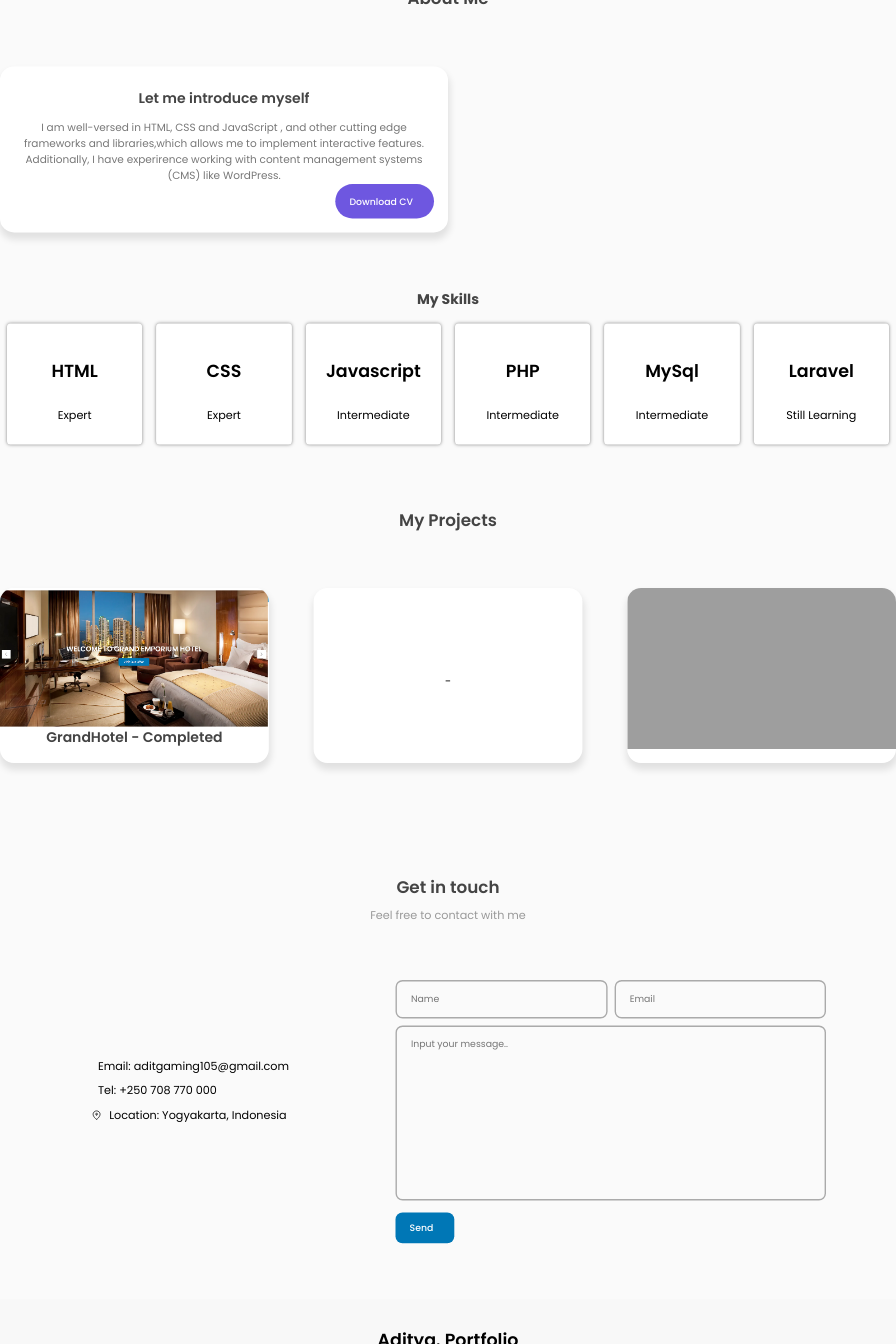
Repository: 4Kbrain/Portofolio
Page: index.html
These files come from the project's save history. The page is drawn as it stood at one moment and after the next save; the edit follows.
The browser window is 1280 px wide. The pictures show the part of the page from y = 820 to 2740 px (the page is 3000 px tall), at 70% of full size.
Pictures or frames that could not be fetched are drawn as grey boxes. Some icons come from a web library that is not loaded, so they are not drawn.

Above is the page before, as saved 2024-05-15 17:47:13.
Console error: ReferenceError: ScrollReveal is not defined

### index.html
<!DOCTYPE html>
<html lang="en">

<head>
    <meta charset="UTF-8">
    <meta name="viewport" content="width=device-width, initial-scale=1.0">
    <link rel="stylesheet" href="https://unicons.iconscout.com/release/v4.0.8/css/line.css">
    <link rel="stylesheet" href="assets/css/style.css">
    <link rel="shortcut icon" href="assets/img/favicon.png" type="image/x-icon">

    <title>Portfolio | Aditya</title>
</head>

<body>

    <div class="container">
        <!-- header -->
        <nav id="header">
            <div class="nav-logo">
                <a href="#home">
                    <p class="nav-name">Aditya</p>
                    <span>.</span>
                </a>
            </div>
            <div class="nav-menu" id="myNavMenu">
                <ul class="nav_menu_list">
                    <li class="nav_list">
                        <a href="#home" class="nav-link active-link">Home</a>
                        <div class="circle"></div>
                    </li>
                    <li class="nav_list">
                        <a href="#about" class="nav-link">About</a>
                        <div class="circle"></div>
                    </li>
                    <li class="nav_list">
                        <a href="#projects" class="nav-link">Projects</a>
                        <div class="circle"></div>
                    </li>
                    <li class="nav_list">
                        <a href="#contact" class="nav-link">Contact</a>
                        <div class="circle"></div>
                    </li>
                </ul>
            </div>
            <div class="nav-button">
                <a id="downloadCVButton" href="assets/CV/Aditya%20CV.pdf" download="CV.pdf" class="btn">Download CV <i
                        class="uil uil-file-alt"></i></a>
            </div>
            <div class="nav-menu-btn">
                <i class="uil uil-bars" onclick="myMenuFunction()"></i>
            </div>
        </nav>

        <!-- -------------- MAIN ---------------- -->
        <main class="wrapper">
            <!-- -------------- FEATURED BOX ---------------- -->
            <section class="featured-box" id="home">
                <div class="featured-text">
                    <div class="featured-text-card">
                        <span>Aditya Dwi Nugroho</span>
                    </div>
                    <div class="featured-name">
                        <p>I'm <span class="typedText"></span></p>
                    </div>
                    <div class="featured-text-info">
                        <p>I'm a beginner web developer with a passion for creating fully responsive websites. I'm eager to learn and grow in both front-end and back-end development.
                        </p>
                    </div>
                    <div class="featured-text-btn">
                        <button class="btn blue-btn">Contact Me</button>
                        <a id="downloadCVButton" href="assets/CV/Aditya%20CV.pdf" download="CV.pdf" class="btn">Download CV <i class="uil uil-file-alt"></i></a>

                    </div>
                    <div class="social_icons">
                        <div class="icon"><a href="https://www.instagram.com/allen.adityadn/"><i class="uil uil-instagram"></i></a></div>
                        <div class="icon"><a href="https://wa.me/0895339926715"><i class="uil uil-whatsapp"></i></a></div>
                        <div class="icon"><a href="https://github.com/4Kbrain"><i class="uil uil-github-alt"></i></a></div>

                    </div>
                </div>
                <div class="featured-image">
                    <div class="image">
                        <img src="assets/img/avatar.png" alt="avatar">
                    </div>
                </div>

    </div>

    </section>
    <!-- -------------- ABOUT BOX ---------------- -->
    <section class="section" id="about">
        <div class="top-header">
            <h1>About Me</h1>
        </div>
        <div class="row">
            <div class="col">
                <div class="about-info">
                    <h3>Let me introduce myself</h3>
                    <p>I am well-versed in HTML, CSS and JavaScript , and other cutting edge
                        frameworks and libraries,which allows me to implement interactive features.
                        Additionally, I have experirence working with content management systems (CMS) like
                        WordPress.
                    </p>
                    <div class="about-btn">
                        <a href="assets/CV/Aditya%20CV.pdf" download>
                            <button class="btn">Download CV <i class="uil uil-import"></i></button>
                          </a>

                    </div>
                </div>
            </div>
        </div>
    </section>

    <!-- Skills -->
<section class="skills" id="skills">

    <div class="skill" id="skill">
        <h1>My Skills</h1>
        <div class="content">
          <div class="flex">
            <div class="kotak" data-aos="flip-down" data-aos-delay="500">
              <div class="logo">
                <i class="fa-brands fa-html5"></i>
              </div>
              <div class="nama">HTML</div>
              <div class="ukuran">Expert</div>
            </div>
            <div class="kotak" data-aos="flip-right" data-aos-delay="500">
              <div class="logo">
                <i class="fa-brands fa-css3"></i>
              </div>
              <div class="nama">CSS</div>
              <div class="ukuran">Expert</div>
            </div>
            <div class="kotak" data-aos="flip-left" data-aos-delay="500">
              <div class="logo">
                <i class="fa-brands fa-js"></i>
              </div>
              <div class="nama">Javascript</div>
              <div class="ukuran">Intermediate</div>
            </div>
            <div class="kotak" data-aos="flip-up" data-aos-delay="500">
              <div class="logo">
                <i class="fa-brands fa-php"></i>
              </div>
              <div class="nama">PHP</div>
              <div class="ukuran">Intermediate</div>
            </div>
            <div class="kotak" data-aos="fade-up" data-aos-delay="500">
              <div class="logo">
                <i class="fa-solid fa-database"></i>
              </div>
              <div class="nama">MySql</div>
              <div class="ukuran">Intermediate</div>
            </div>
            <div class="kotak" data-aos="flip-down" data-aos-delay="500">
              <div class="logo">
                <i class="fa-brands fa-laravel"></i>
              </div>
              <div class="nama">Laravel</div>
              <div class="ukuran">Still Learning</div>
            </div>
          </div>
        </div>
      </div>

</section>



    <!-- -------------- PROJECT BOX ---------------- -->

    <section class="section" id="projects">
        <div class="top-header">
            <h1>My Projects</h1>
        </div>
        <div class="project-container">
            <div class="project-box">
                <a href=""></a>
                <img src="assets/img/GrandHotel.png" alt="Grand Hotel Project" class="project-image">
                <h3>GrandHotel - Completed</h3>
                <label class="clear">-</label>
            </div>
            <div class="project-box">
                <a href=""></a>
                <h3></h3>
                <label> - </label>
            </div>
            <div class="project-box">
                <img src="path/to/your/image3.jpg" alt="3" class="project-image">
                <h3></h3>
                <label> - </label>
            </div>
        </div>
    </section>



  <!-- Contact me  -->

    <section class="section" id="contact">
        <div class="top-header">
            <h1>Get in touch</h1>
            <span>Feel free to contact with me</span>
        </div>
        <div class="row">
            <div class="col">
                <div class="contact-info">
                    <p><i class="uil uil-envelope"></i> Email: aditgaming105@gmail.com</p>
                    <p><i class="uil uil-phone"></i> Tel: +250 708 770 000</p>
                    <p><svg xmlns="http://www.w3.org/2000/svg" width="1em" height="1em" viewBox="0 0 24 24"><g fill="none" stroke="currentColor" stroke-linecap="round" stroke-linejoin="round" stroke-width="1.5"><path d="M12.56 20.82a.964.964 0 0 1-1.12 0C6.611 17.378 1.486 10.298 6.667 5.182A7.592 7.592 0 0 1 12 3c2 0 3.919.785 5.333 2.181c5.181 5.116.056 12.196-4.773 15.64"/><path d="M12 12a2 2 0 1 0 0-4a2 2 0 0 0 0 4"/></g></svg>Location: Yogyakarta, Indonesia</p>
                </div>
            </div>
            <div class="col">
                <div class="form-control">
                    <div class="form-inputs">
                        <input type="text" class="input-field" placeholder="Name">
                        <input type="text" class="input-field" placeholder="Email">
                    </div>
                    <div class="text-area">
                        <textarea placeholder="Input your message.."></textarea>
                    </div>
                    <div class="form-button">
                        <button class="btn">Send <i class="uil uil-message"></i></button>
                    </div>
                </div>
            </div>
        </div>
    </section>

    </main>

    <!-- Footer -->
    <footer>
        <div class="top-footer">
            <p>Aditya. Portfolio</p>
        </div>
        <div class="middle-footer">
            <ul class="footer-menu">
                <li class="footer_menu_list">
                    <a href="#home">Home</a>
                </li>
                <li class="footer_menu_list">
                    <a href="#about">About</a>
                </li>
                <li class="footer_menu_list">
                    <a href="#projects">Projects</a>
                </li>
                <li class="footer_menu_list">
                    <a href="#contact">Contact</a>
                </li>
            </ul>
        </div>
        <div class="footer-social-icons">
            <div class="icon"><a href="https://www.instagram.com/allen.adityadn/"><i class="uil uil-instagram"></i></a></div>
            <div class="icon"><a href="https://wa.me/0895339926715"><i class="uil uil-whatsapp"></i></a></div>
            <div class="icon"><a href="https://github.com/4Kbrain"><i class="uil uil-github-alt"></i></a></div>
        </div>
        <div class="bottom-footer">
            <p>Copyright &copy; <a href="https://www.instagram.com/allen.adityadn/" style="text-decoration: none;">@allen.adityadn</a> - All rights reserved</p>
        </div>
    </footer>

    </div>

    <script src="https://unpkg.com/typed.js@2.0.16/dist/typed.umd.js"></script>
    <script src="assets/js/script.js"></script>
</body>

</html>

Loaded but not shown: assets/js/script.js (126 lines, source omitted); assets/css/style.css (741 lines, source omitted)

After the next save:
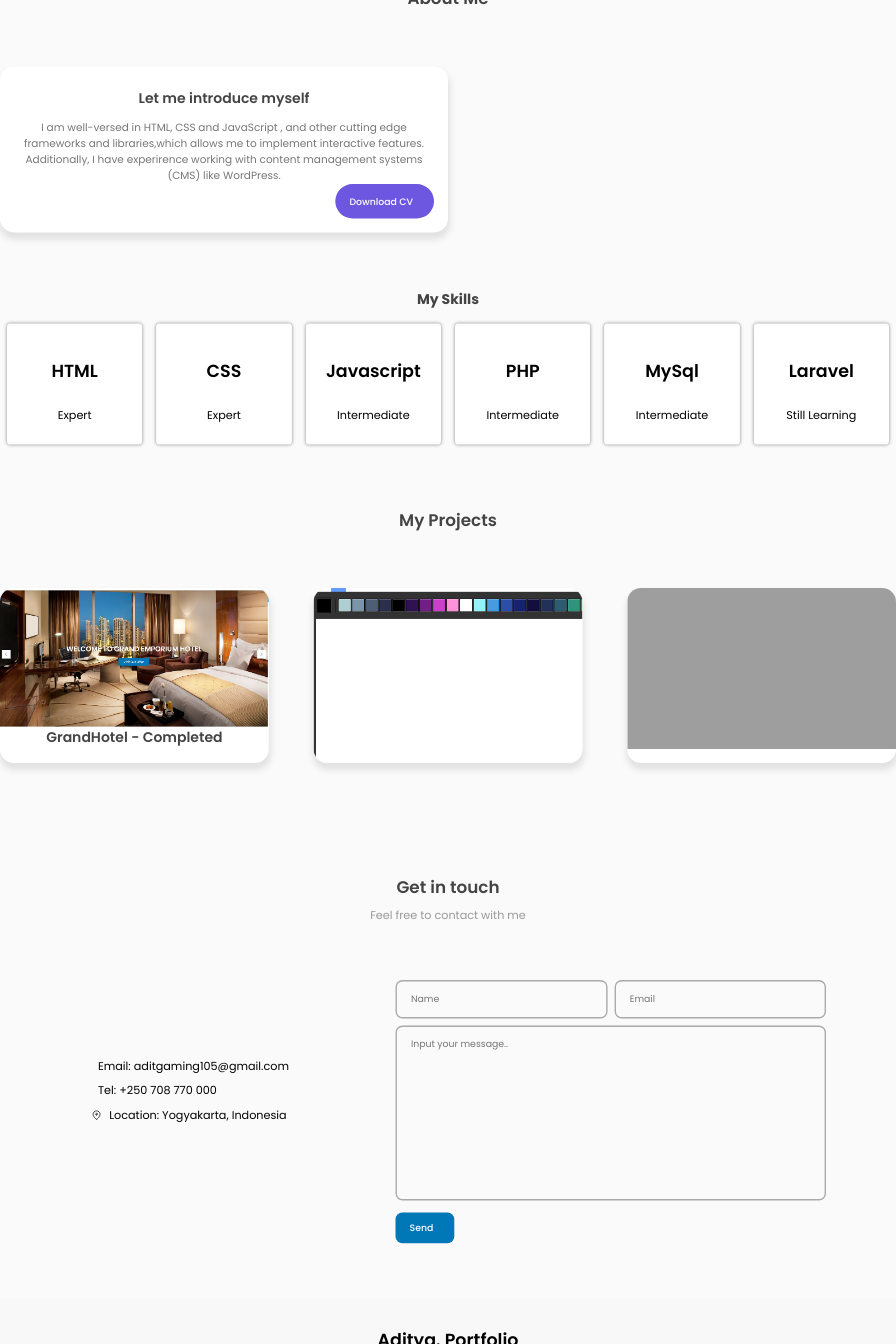
Saved 6 s later.
--- a/index.html
+++ b/index.html
@@ -183,7 +183,7 @@
                 <label class="clear">-</label>
             </div>
             <div class="project-box">
-                <a href=""></a>
+                <a href=""> <img src="assets/img/drawing.png" alt="2" class="project-image"></a>
                 <h3></h3>
                 <label> - </label>
             </div>
